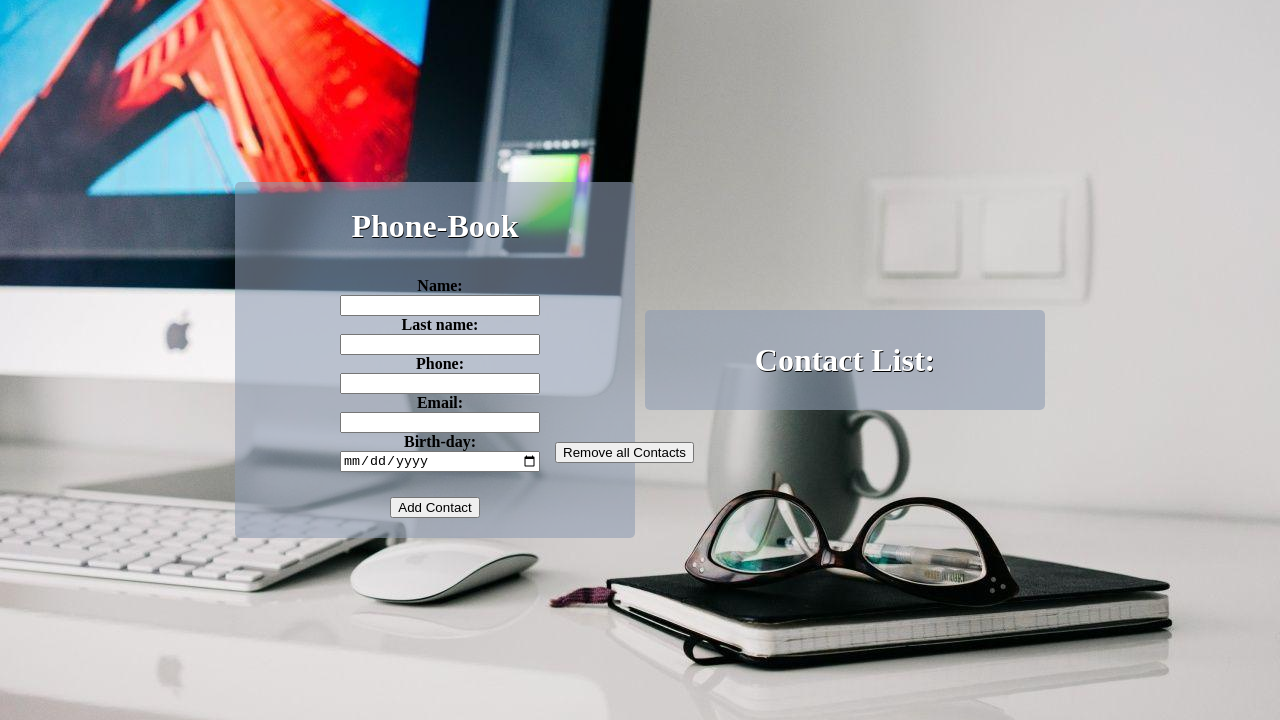
Repository: STA1357/Phone-book
Page: Inner.html
These files come from the project's save history. The page is drawn as it stood at one moment and after the next save; the edit follows.
The browser window is 1280 px wide. The pictures show the whole page.

Above is the page before, as saved 2020-12-11 13:34:43.

### Inner.html
<!DOCTYPE html>
<html lang="en">
<head>
    <meta charset="UTF-8">
    <meta name="viewport" content="width=device-width, initial-scale=1.0">
    <title>Phone Book</title>
    <link rel="stylesheet" href="./styles.css">
    <script src="./app.js"></script>
</head>
<body>
    <form action="#" method="POST">

        <header>
            <div class="header-title">
                <h1>Phone-Book</h1>
            </div>
        </header>

        <main>
            <div class="container">
                <label for="name">Name:</label>
                <input type="text" id="nameInput">
                <label for="lname">Last name:</label>
                <input type="text" id="lnameInput">
                <label for="tel">Phone:</label>
                <input type="text" id="telInput" class="tellinput">
                <label for="email">Email:</label>
                <input type="email" id="emailInput">
                <label for="birthname">Birth-day:</label>
                <input type="date" id="birthInput">
            </div>

        </main>

        <div class="btn">
        <button type="submit" id="btnAdd">Add Contact</button>
    </div>
    </form>
<div class="list-container">
    <h2 class="listTitle">Contact List:</h2>
    <ul id="contactsCount"></ul>
    <ul id="users"></ul>
</div>

<div class="clearBook">
    <button id="clearBookBtn" class="clearBookBtn">Remove all Contacts</button>
</div>

</body>
</html>

### styles.css
*{
    box-sizing: border-box;

}

body{
    display: flex;
    flex-direction: row;
    align-items: center;
    justify-content: center;
    min-height: 100vh;
    margin: 0;
    background: url("./wp3990421-office-wallpapers.jpg") no-repeat fixed center center;
    background-size: cover;
}

.header-title{
    color: white;
    text-shadow: 0.5px 0.5px black;
}

form{

    background-color: rgba(144, 156, 179, 0.589);
    width: 400px;
    max-width: 100%;
    margin-right: 10px;
    text-align: center;
    border-radius: 5px;
    position: relative;
}

main{
    margin-left: 25%;
}

.container{
    text-align: center;
    display: block;
    width: 70%;
}

.list-container{
    background-color: rgba(144, 156, 179, 0.589);
    width: 400px;
    max-width: 100%;
    page-break-after: 30px 40px;
    border-radius: 5px;
}

.listTitle{
    color: white;
    text-shadow: 0.7px 0.7px black;
    font-size: 32px;
}

.titleLi{
    color: rgb(190, 14, 14);
    text-shadow: 0.5px 0.5px black;
    font-size: 22px;
}

.infoList{
    color: black;
    font-size: 18px;
}

h2{
    text-align: center;
}

label{
    font-weight: bold;
}

input{
    width: 100%;
}








.btn{
    padding: 20px 0;
}


.selected{
    background-color: skyblue;
    color: black;
    text-shadow: 0.5px 0.5px grey;
}

.deleteBtn::before{
    color: brown;
    content: "delete";
}

.deleteAll::before{
    color: brown;
    content: "delete";
}

div{
    padding: 5px;
}

li{
    font-weight: bold;
    font-style: italic;
}

.clearBook{
    display: block;
    width: 180px;
    position: fixed;
    margin-top: 185px;
}

### app.js


window.onload = function() {
    const localKey = 'contactsCollection';
    const form = document.querySelector('form');
    const list = document.getElementById('users');
    const userName = document.getElementById('nameInput');
    const userLname = document.getElementById('lnameInput');
    const userTel = document.getElementById('telInput');
    const userEmail = document.getElementById('emailInput');
    const userBirth = document.getElementById('birthInput');



    let contactsList = getContacts();
    let activeContact = null;

    generateContactList();

    function getContacts() {
        const res = localStorage.getItem(localKey);
        return res ? JSON.parse(res) : [];
    }

    function setToStorage(data) {
        localStorage.setItem(localKey, data);
    }

    function updateContactList(newList) {
        const string = JSON.stringify(newList);
        contactsList = newList;
        setToStorage(string);
        generateContactList();
    }

    function recordContact(newContact) {
        updateContactList([...contactsList, newContact])
    }

    function updateContact(newData) {
        contactsList = contactsList.map(contact => contact.id === newData.id ? newData : contact);
        updateContactList(contactsList);
    }

    function deleteContact(removeId) {
        contactsList = contactsList.filter(({ id }) => id !== removeId);
        updateContactList(contactsList);
    }

    function setActiveContact(id) {
        const contact = document.getElementById(`contact-${id}`);
        contact.classList.toggle('active');
    }

    function generateContactList() {
        console.log(contactsList);
        const fragment = document.createDocumentFragment();
        contactsList.forEach((contact) => {
            const { id, name, lastName, phone, mail, birthDay } = contact;
            const container = document.createElement('div');

            container.onclick = () => setActiveContact(id);
            container.id = `contact-${id}`;
            const title = document.createElement('li');
            title.className = 'titleLi'
            title.innerText = `${name} ${lastName}`;

            const infoList = document.createElement('b');
            infoList.className = 'infoList'
            infoList.innerText = `${phone}
            ${mail}
            ${birthDay}`;
            // phonesList.innerText = phones.join(' ');
            container.appendChild(title);
            container.appendChild(infoList);
            fragment.appendChild(container);

            const deleteBtn = document.createElement('button');
            deleteBtn.className = 'deleteBtn'
            fragment.appendChild(deleteBtn);
            deleteBtn.addEventListener('mousedown', function (e) {
                e.preventDefault();
            })

            deleteBtn.addEventListener('click', function (e) {
                console.log(e);
                container.removeChild(title);
                container.removeChild(infoList);
                deleteBtn.style.display = 'none';


            })

            //const btn = document.createElement('button');
            //btn.onclick = () => !deleteContact(removeId);
            //btn.appendChild(container)
            //window.localStorage.clear();

            container.addEventListener('mousedown', function (e) {
                e.preventDefault();
            })

            container.addEventListener('click', function (e) {
                console.log(e);


                if (e.target == this) {
                    return false;

                }
                if (!e.ctrlKey) {
                    clearSelected(this.children);
                }
                addSelected(e.target);
            })

            function clearSelected(elems) {
                for (let elem of elems) {
                    elem.classList.remove('selected');
                }
            }

            function addSelected(target) {
                target.classList.add('selected');
            }
        });


        list.innerHTML = '';
        list.appendChild(fragment);


    }

    function getId() {
        return '_' + Math.random().toString(36).substr(2, 9);
    };

    form.onsubmit = (event) => {
        event.preventDefault();
        const contact = {
            id: getId(),
            name: userName.value,
            lastName: userLname.value,
            phone: userTel.value,
            mail: userEmail.value,
            birthDay: userBirth.value
        }
        recordContact(contact);
        console.log(contact);
    }



}



function newFunction() {
    return document.getElementById('contactsCount');
}
//function move_up() {
//document.getElementById('list-container').scrollTop += 10;
//}

//function move_down() {
//document.getElementById('list-container').scrollTop -= 10;
//}

// const form = document.querySelector('form')
// const list = document.getElementById('users')
// const userName = document.getElementById('nameInput')
// const userLname = document.getElementById('lnameInput')
// const userTel = document.getElementById('telInput')
// const userEmail = document.getElementById('emailInput')
// const userBirth = document.getElementById('birthInput')
// const entry = document.createElement('li')


// function addUser() {
//     const list = document.getElementById('users')
//     const userName = document.getElementById('nameInput')
//     const userLname = document.getElementById('lnameInput')
//     const userTel = document.getElementById('telInput')
//     const userEmail = document.getElementById('emailInput')
//     const userBirth = document.getElementById('birthInput')
//     const entry = document.createElement('li')
//     entry.appendChild(document.createTextNode(userName.value + ' ' + userLname.value + ' '
//     + userTel.value + ' ' + userEmail.value + ' ' + userBirth.value))
//     list.appendChild(entry)
//     return false

// }

// let bookContacts = [];

// const addContacts = (ev) => {
//     ev.preventDefault();
//     let contact = {
//         name: document.getElementById('nameInput').value,
//         lname: userLname.value,
//         tel: userTel.value,
//         email: userEmail.value,
//         birthday: userBirth.value
//     }
//     bookContacts.push(contact);
//     document.forms[0].reset();
// }
// document.addEventListener('DomContentLoad', () =>{
//     document.getElementById('btnAdd').addEventListener('click',addContacts)
// })
// console.log(bookContacts);




/*class Person{
    constructor(options){
        this.name = options.name
        this.lname = options.lname
        this.tel = options.tel
        this.email = options.email
        this.birthday = options.birthday
    }
}

class User extends Person{
    static type = "User"
}

const user = new User({
    name: "",
    lname: "",
    tel: "",
    email:"",
    birthday:""
})


localStorage.setItem('userInfo', JSON.stringify(user));




const raw = localStorage.getItem('userInfo')
const userInfo = JSON.parse(raw)
userInfo.name = 'Maxim'

console.log(userInfo);*/

After the next save:
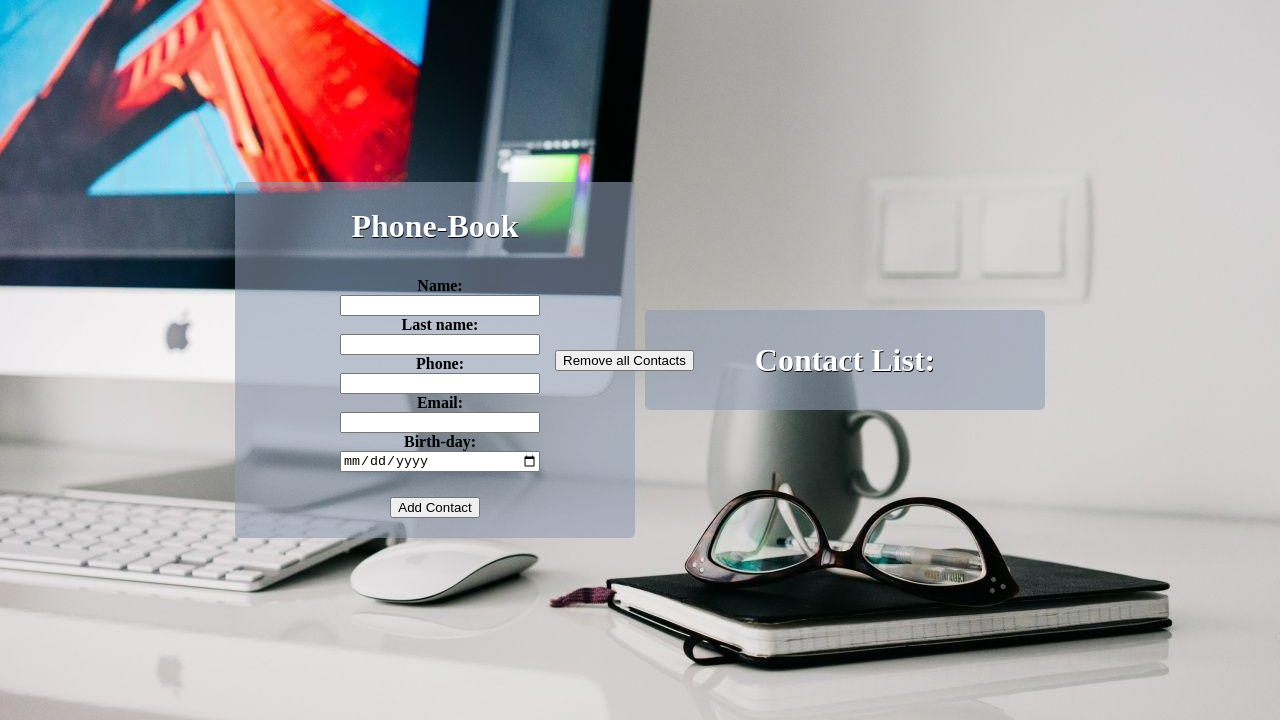
Saved 16 s later.
--- a/styles.css
+++ b/styles.css
@@ -118,5 +118,5 @@ li{
     display: block;
     width: 180px;
     position: fixed;
-    margin-top: 185px;
+
 }
